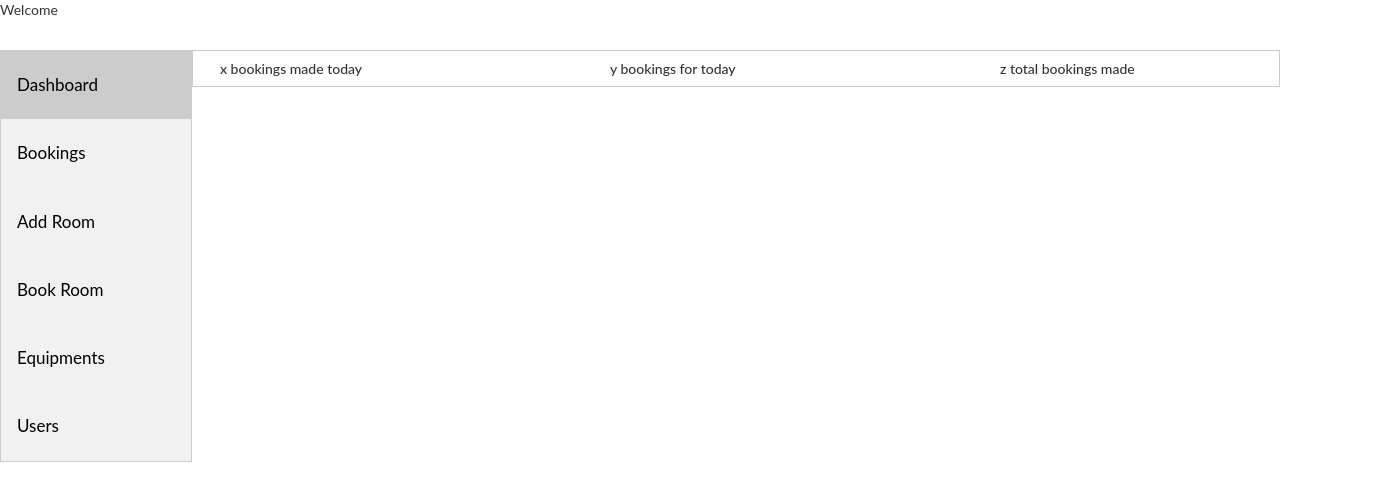
Repository: abhi608/visa_tutorial
Page: meetingroomapp/src/main/resources/static/dashboardView.html
These files come from the project's save history. The page is drawn as it stood at one moment and after the next save; the edit follows.
The browser window is 1280 px wide. The page is 1375 px wide, so the pictures cover 1375 px, including what lies to the right of the window. The pictures show the whole page.

Above is the page before, as saved 2018-08-07 07:40:03.

After the next save:
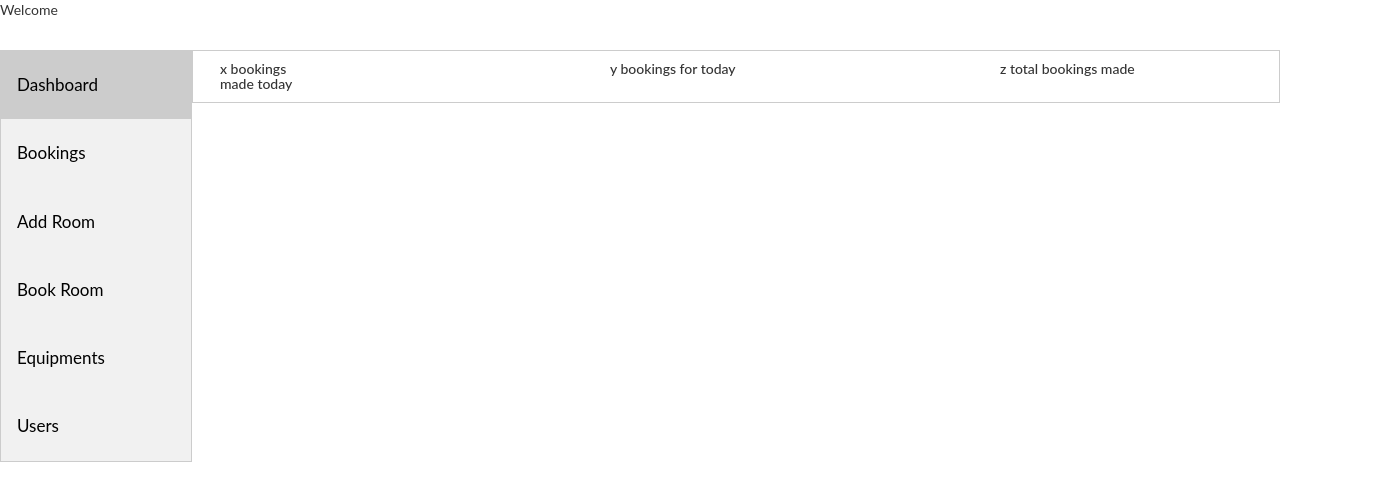
Saved 2 min 20 s later.
--- a/meetingroomapp/src/main/resources/static/dashboardView.html
+++ b/meetingroomapp/src/main/resources/static/dashboardView.html
@@ -77,7 +77,7 @@ body {font-family: "Lato", sans-serif;}
   <div class="container">
 	  <div class="row">
 	    <div class="col-sm-4">
-	      <div class="card" style="width: 18rem;">
+	      <div class="card" style="width: 10rem;">
   			<div class="card-body">
     			<h5 class="card-title">x bookings made today</h5>
   			</div>
